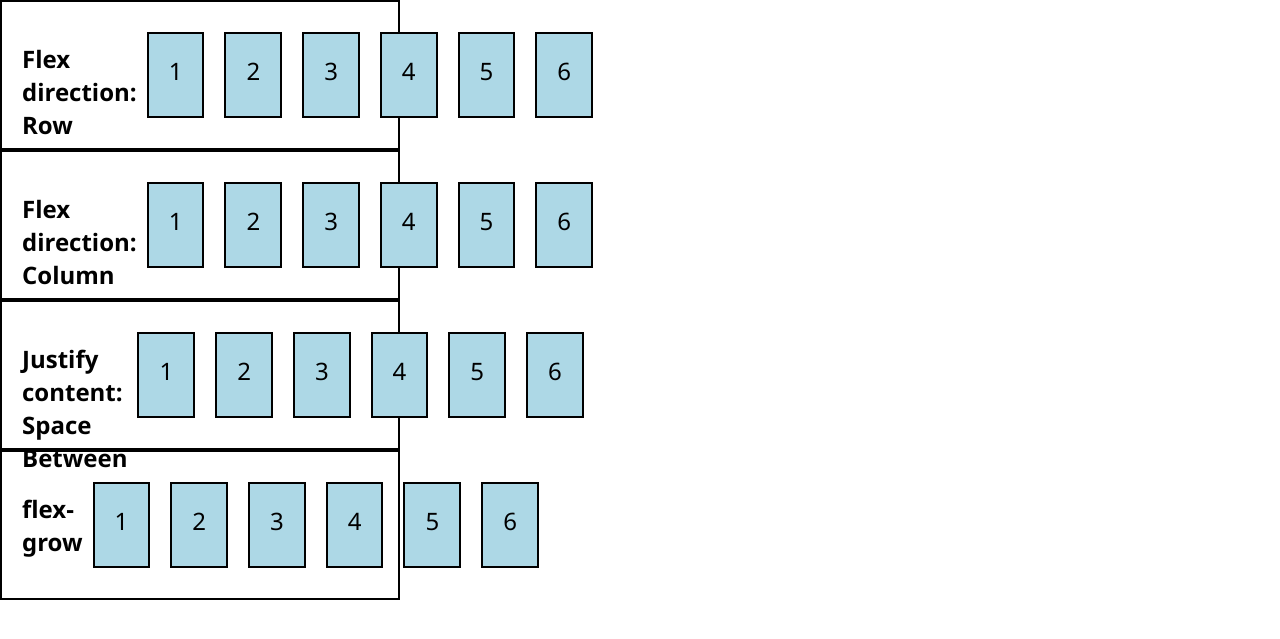
Repository: anjalipatel-dev/web-dev-learning-journey
Page: 03_html_css_ui_pages/05_hands_on_flex/index.html
An editor plug-in stored every save of this project. The page is shown before and after the next save, followed by the edit.
The browser window is 1280 px wide. The pictures show the whole page.

Above is the page before, as saved 2025-10-11 07:56:32.

After the next save:
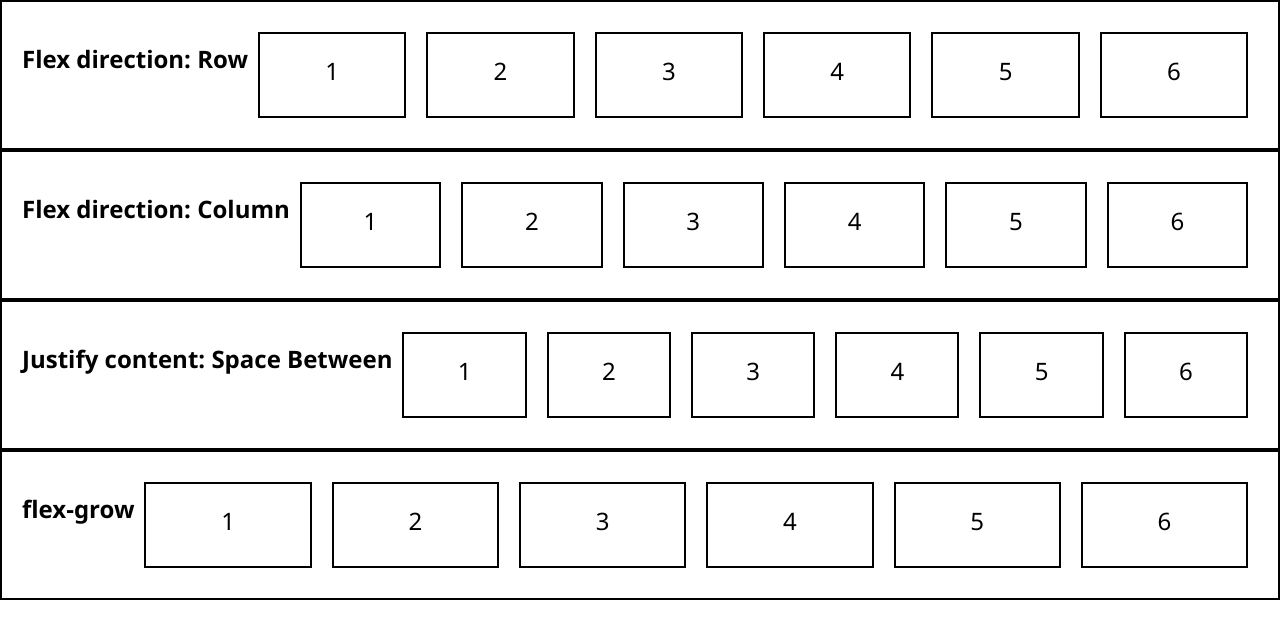
Saved 31 s later.
--- a/03_html_css_ui_pages/05_hands_on_flex/styles.css
+++ b/03_html_css_ui_pages/05_hands_on_flex/styles.css
@@ -6,7 +6,7 @@
 }
 .container{
     height : 150px;
-    width: 400px;
+    width: auto;
     display : flex;
     box-sizing : border-box;
     border : 2px solid black;
@@ -14,7 +14,6 @@
 
 }
 .item{
-    background-color : lightblue;
     border : 2px solid black;
     padding : 20px;
     margin : 10px;
